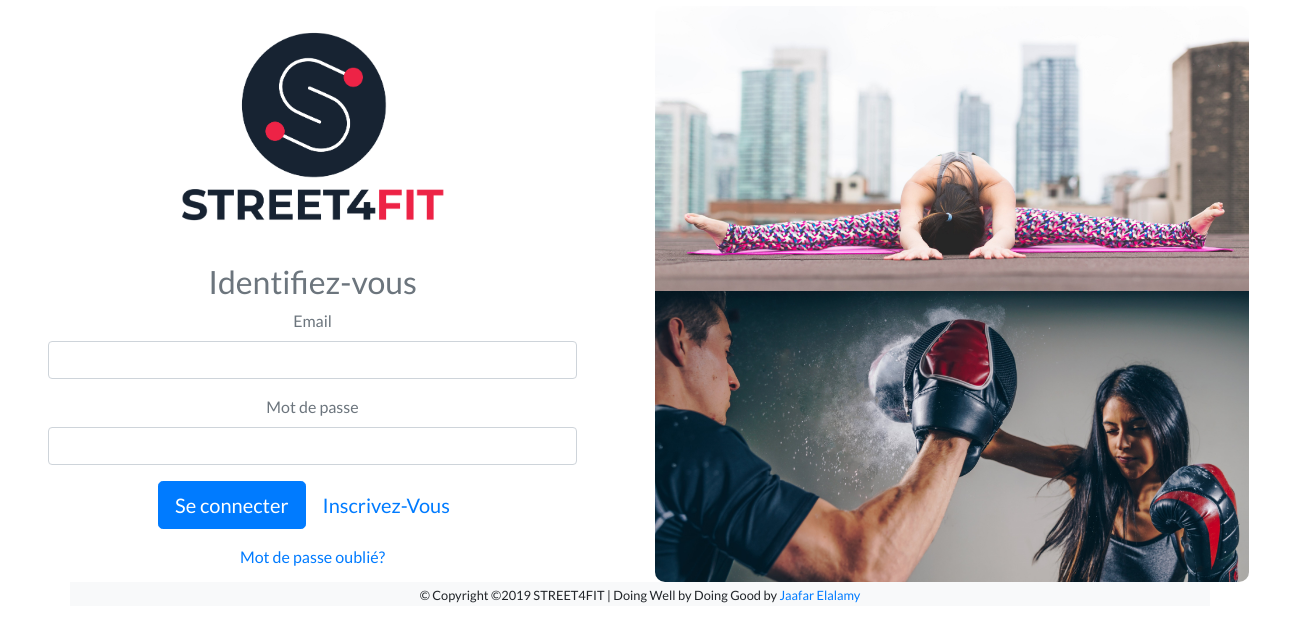
Repository: mohamedmaad/S4F
Page: /
The author's editor kept a copy of each file at every save. The page is drawn from the files as they stood at one save, then again after the next save.
The browser window is 1280 px wide. The page is 1295 px wide, so the pictures cover 1295 px, including what lies to the right of the window. The pictures show the whole page.
Some icons come from a web library that is not loaded, so they are not drawn. Some web libraries are served in a nearby version. The project was rebuilt for these pictures with package versions that can differ from the ones it lists, and the page was loaded fresh each time. Also part of the build but not shown: angular.json, src/app/profil/profil.component.ts, src/app/coaches/coaches.component.ts, src/app/coach-detail/coach-detail.component.ts, src/app/sessions/sessions.component.ts, src/app/session-detail/session-detail.component.ts, src/app/company/company.component.ts, src/app/company-detail/company-detail.component.ts and 7 more.

Above is the page before, as saved 2019-05-23 15:21:06.

### src/index.html
<!DOCTYPE html>
<html>

<head>
    <base href="/" />
    <title>STREET4FIT</title>
    <meta name="viewport" content="width=device-width, initial-scale=1">

    <!-- bootstrap css -->
    <link rel="stylesheet" href="https://stackpath.bootstrapcdn.com/bootstrap/4.3.1/css/bootstrap.min.css"
        integrity="sha384-ggOyR0iXCbMQv3Xipma34MD+dH/1fQ784/j6cY/iJTQUOhcWr7x9JvoRxT2MZw1T" crossorigin="anonymous">

    <link rel="stylesheet" href="https://use.fontawesome.com/releases/v5.8.1/css/all.css"
        integrity="sha384-50oBUHEmvpQ+1lW4y57PTFmhCaXp0ML5d60M1M7uH2+nqUivzIebhndOJK28anvf" crossorigin="anonymous">

    <link rel="stylesheet" href="https://fonts.googleapis.com/css?family=Lato|Montserrat|Roboto+Slab" >


</head>

<body>

    <app>Loading...</app>


    <!-- Bootstrap jQuery -->
    <script src="https://code.jquery.com/jquery-3.2.1.slim.min.js"
        integrity="sha384-KJ3o2DKtIkvYIK3UENzmM7KCkRr/rE9/Qpg6aAZGJwFDMVNA/GpGFF93hXpG5KkN"
        crossorigin="anonymous"></script>
    <script src="https://cdnjs.cloudflare.com/ajax/libs/popper.js/1.12.9/umd/popper.min.js"
        integrity="sha384-ApNbgh9B+Y1QKtv3Rn7W3mgPxhU9K/ScQsAP7hUibX39j7fakFPskvXusvfa0b4Q"
        crossorigin="anonymous"></script>
    <script src="https://maxcdn.bootstrapcdn.com/bootstrap/4.0.0/js/bootstrap.min.js"
        integrity="sha384-JZR6Spejh4U02d8jOt6vLEHfe/JQGiRRSQQxSfFWpi1MquVdAyjUar5+76PVCmYl"
        crossorigin="anonymous"></script>

</body>

</html>

### src/styles.css
/* You can add global styles to this file, and also import other style files */

body {
    font-family: 'Lato', sans-serif;
    /* background: rgb(230, 230, 230); */
    margin-top: 86px;
}

a {
    cursor: pointer
}

### src/app/app.module.ts
import { NgModule } from '@angular/core'
import { BrowserModule } from '@angular/platform-browser'
import { ReactiveFormsModule } from '@angular/forms'
import { HttpClientModule, HTTP_INTERCEPTORS } from '@angular/common/http'
import { FormsModule } from '@angular/forms'

import { AppComponent } from './app.component'
import { routing } from './app.routing'

import { CommonModule } from '@angular/common'
import { AlertComponent } from './_components'
import { LoginComponent } from './login'
import { CompanyComponent } from './company/company.component'
import { EmployeesComponent } from './employees/employees.component'
import { CoachesComponent } from './coaches/coaches.component'
import { SessionsComponent } from './sessions/sessions.component'
import { CoachDetailComponent } from './coach-detail/coach-detail.component'
import { AddCoachComponent } from './add-coach/add-coach.component'
import { AddSessionComponent } from './add-session/add-session.component'
import { SessionDetailComponent } from './session-detail/session-detail.component'
import { CompanyDetailComponent } from './company-detail/company-detail.component'
import { ProfilComponent } from './profil/profil.component'
import { NavbarComponent } from './navbar/navbar.component'
import { AddCompanyComponent } from './add-company/add-company.component'
import { ForgotPasswordComponent } from './forgot-password/forgot-password.component'
import { CoachService } from './_services/coach.service'
import { HomeComponent } from './home/home.component'
import { RegisterationComponent } from './registeration/registeration.component'
import { CompanyService } from './_services/company.service'
import { SessionService } from './_services/session.service'
;
import { FooterComponent } from './footer/footer.component'

@NgModule({
  imports: [
    BrowserModule,
    ReactiveFormsModule,
    HttpClientModule,
    routing,
    FormsModule,
    CommonModule,
  ],
  declarations: [
    AppComponent,
    AlertComponent,
    LoginComponent,
    ForgotPasswordComponent,
    NavbarComponent,
    ProfilComponent,
    RegisterationComponent,
    CompanyComponent,
    CompanyDetailComponent,
    AddCompanyComponent,
    EmployeesComponent,
    CoachesComponent,
    CoachDetailComponent,
    AddCoachComponent,
    SessionsComponent,
    AddSessionComponent,
    SessionDetailComponent,
    HomeComponent,
    RegisterationComponent,
    FooterComponent,
  ],
  providers: [CoachService, CompanyService, SessionService],
  bootstrap: [AppComponent],
})
export class AppModule {}

### src/environments/environment.ts
// This file can be replaced during build by using the `fileReplacements` array.
// `ng build --prod` replaces `environment.ts` with `environment.prod.ts`.
// The list of file replacements can be found in `angular.json`.

export const environment = {
  production: false,
  apiUrl: 'http://localhost:4000',
}

/*
 * For easier debugging in development mode, you can import the following file
 * to ignore zone related error stack frames such as `zone.run`, `zoneDelegate.invokeTask`.
 *
 * This import should be commented out in production mode because it will have a negative impact
 * on performance if an error is thrown.
 */
// import 'zone.js/dist/zone-error';  // Included with Angular CLI.

### src/app/app.component.ts
import { Component, OnInit, Input, Output, DoCheck } from '@angular/core'
import { Router, NavigationEnd } from '@angular/router'

import { User } from './_models'
import { EventEmitter } from 'protractor';

@Component({ selector: 'app', templateUrl: 'app.component.html' })

export class AppComponent implements OnInit {
  currentUser: User
  logged = false

  // @Input() logged = false

  constructor(
    private router: Router,
  ) {
    this.router.events.subscribe(e => {
      if(e instanceof NavigationEnd) {
        if(localStorage.getItem('user')) {
          this.logged = true
          console.log("changed")
        }
      }
    })
  }

  ngOnInit() {

  }

}

### src/app/app.routing.ts
import { Routes, RouterModule } from '@angular/router'

import { LoginComponent } from './login'
import { ProfilComponent } from './profil/profil.component'
import { CoachesComponent } from '@app/coaches/coaches.component'
import { CoachDetailComponent } from './coach-detail/coach-detail.component'
import { SessionsComponent } from './sessions/sessions.component'
import { SessionDetailComponent } from './session-detail/session-detail.component'
import { CompanyComponent } from './company/company.component'
import { CompanyDetailComponent } from './company-detail/company-detail.component'
import { ForgotPasswordComponent } from './forgot-password/forgot-password.component'
import { HomeComponent } from './home/home.component'
import { RegisterationComponent } from './registeration/registeration.component'

const appRoutes: Routes = [
  { path: '', component: HomeComponent },
  { path: 'home', component: HomeComponent },
  { path: 'login', component: LoginComponent },
  { path: 'forgot-password', component: ForgotPasswordComponent },
  { path: 'profil', component: ProfilComponent },
  { path: 'register', component: RegisterationComponent },
  { path: 'coaches', component: CoachesComponent },
  { path: 'coach/detail/:id', component: CoachDetailComponent },
  { path: 'coach/add', component: CoachesComponent },
  { path: 'seances', component: SessionsComponent },
  { path: 'seances/ajouter', component: SessionsComponent },
  { path: 'seance/detail/:id', component: SessionDetailComponent },
  { path: 'entreprises', component: CompanyComponent },
  { path: 'entreprise/ajouter', component: CompanyComponent },
  { path: 'entreprise/detail-c/:id', component: CompanyDetailComponent },

  // otherwise redirect to home
  { path: '**', redirectTo: '' },
]

export const routing = RouterModule.forRoot(appRoutes)

### src/app/_services/coach.service.ts
import { Injectable } from '@angular/core'

import { Coach } from '@app/_models/coach'
import { COACHES } from '@app/mock/mock-coaches'
import { Observable, of } from 'rxjs'
import { HttpClient } from '@angular/common/http'

@Injectable({
  providedIn: 'root',
})
export class CoachService {
  constructor(private http: HttpClient) {}

  // url de test en local
  URI_TEST = 'http://localhost:4000'
  // url de test a distance dans un reseau type lan
  URI_DEV = 'http://10.38.164.208:4000'

  getCoach(id: string) {
    return this.http.get(`${this.URI_TEST}/coaches/detail/${id}`)
    // return of(COACHES.find(coach => coach.id === id))
  }

  // coaches.component ca return tous les coaches de la base de donnees
  getCoaches() {
    return this.http.get(`${this.URI_TEST}/coaches`)
  }

  // ajout d'un coach dans ma bdd
  addCoach(data) {
    console.log(data)
    return this.http.post(`${this.URI_TEST}/coaches/add`, data)
  }

  // suppression d'un coach dans ma bdd
  deleteOne(id: string) {
    return this.http.post(`${this.URI_TEST}/coaches/delete`, { id })
  }

  // Upload Image


}

### src/app/home/home.component.ts
import { Component, OnInit } from '@angular/core';
import { ActivatedRoute, Router } from '@angular/router';

@Component({
  selector: 'app-home',
  templateUrl: './home.component.html',
  styleUrls: ['./home.component.css']
})
export class HomeComponent implements OnInit {

  constructor(private router: Router) { }

  ngOnInit() {
    if(!localStorage.getItem('user')) {
      this.router.navigate(['login'])
    }
  }

}

### src/app/_services/company.service.ts
import { Injectable } from '@angular/core'
import { Observable, of } from 'rxjs'
import { HttpClient } from '@angular/common/http'

@Injectable({
  providedIn: 'root',
})
export class CompanyService {
  constructor(private http: HttpClient) {}

  // url de test en local
  URI_TEST = 'http://localhost:4000'
  // url de test a distance dans un reseau type lan
  URI_DEV = 'http://10.38.164.208:4000'

  getCompany(id: string) {
    return this.http.get(`${this.URI_TEST}/company/detail/${id}`)
  }

  getCompanies() {
    return this.http.get(`${this.URI_TEST}/company`)
  }

  addCompany(data) {
    console.log(data)
    return this.http.post(`${this.URI_TEST}/company/add`, data)
  }

  deleteOne(id: string) {
    return this.http.post(`${this.URI_TEST}/company/delete`, { id })
  }
}

### src/app/_services/session.service.ts
import { Injectable } from '@angular/core'
import { Observable, of } from 'rxjs'
import { HttpClient } from '@angular/common/http'

@Injectable({
  providedIn: 'root',
})
export class SessionService {
  constructor(private http: HttpClient) {}

  // url de test en local
  URI_TEST = 'http://localhost:4000'
  // url de test a distance dans un reseau type lan
  URI_DEV = 'http://10.38.164.208:4000'

  getSession(id: string) {
    return this.http.get(`${this.URI_TEST}/session/detail/${id}`)
    //return of(SESSIONS.find(session => session.id === id))
  }

  getSessions() {
    return this.http.get(`${this.URI_TEST}/session`)
    //return of(SESSIONS)
  }

  addSession(data) {
    //console.log(data)
    return this.http.post(`${this.URI_TEST}/session/add`, data)
  }

  deleteOne(id: string) {
    return this.http.post(`${this.URI_TEST}/session/delete`, { id })
  }
}

### src/app/app.component.html
<div *ngIf="logged">
  <app-navbar></app-navbar>
</div>
<!-- main app container -->

<!-- <div class="container"> -->

<div>
  <alert></alert>
  <router-outlet (activate)="(changeOfRoutes)"></router-outlet>

</div>

<!-- <app-home></app-home> -->

<!-- </div> -->

<app-footer></app-footer>


<!-- credits -->
<!-- <div class="text-center">
  <p>
    <a href="#" target="_top"></a>
  </p>
  <p>
    <a href="#" target="_top"></a>
  </p>
</div> -->

### src/app/login/login.component.ts
import { Component, OnInit } from '@angular/core'
import { Router } from '@angular/router'
import { FormBuilder, FormGroup, Validators } from '@angular/forms'

import { AuthenticationService } from '@app/_services'

@Component({
  templateUrl: 'login.component.html',
  styleUrls: ['./login.component.css'],
})
export class LoginComponent implements OnInit {
  loginForm: FormGroup
  loading = false
  submitted = false
  returnUrl: string
  loginInfo
  connectionError: boolean = false

  constructor(
    private formBuilder: FormBuilder,
    private router: Router,
    private authenticationService: AuthenticationService
  ) {}

  ngOnInit() {
    if (this.connected()) {
      this.router.navigate(['home'])
      return
    }

    this.loginForm = this.formBuilder.group({
      email: ['', Validators.required],
      password: ['', Validators.required],
    })
  }

  // convenience getter for easy access to form fields
  get f() {
    return this.loginForm.controls
  }

  onSubmit() {
    this.submitted = true
    this.login()
    // console.log(this.loginInfo.status)
  }

  connected() {
    if (localStorage.getItem('user')) {
      return true
    } else {
      return false
    }
  }

  login() {
    return this.authenticationService
      .login(this.f.email.value, this.f.password.value)
      .subscribe(res => {
        // console.log(res)
        this.loginInfo = res as String[]
        console.log(this.loginInfo.data)
        // console.log(this.loginInfo.status)
        if (this.loginInfo.status == 'loged') {
          localStorage.setItem('user', this.loginInfo.data)
          this.router.navigate(['home'])
        } else {
          console.log('error de connexion')
          this.connectionError = true
        }
      })
  }
}

### src/app/home/home.component.html
<div class="row justify-content-center text-center home">

    <div class="col-12">
        <img class="logo-homepage"
            src="../assets/img/Logo S-01.png"
            alt="logo">
        <h1 class="text-logo">STREET4<span>FIT</span></h1>

        <h1 class="slogan">SPORT EN ENTREPRISE</h1>
        <h1 class="slogan b-e">BIEN-ETRE <span>&</span> IMPACT SOCIAL</h1>
    </div>


  </div>

### src/app/home/home.component.css
.logo-homepage
{
    height: 22vh;
    margin-top: 6vh;
    margin-bottom: 5vh;
}

.home
{
    box-sizing: border-box;
    background-image: url(../../assets/img/run.jpg);
    object-fit: cover;
    background-repeat: no-repeat;
    background-size: cover;
    width: 100%;
    margin:0;
    padding:0;
}

.text-logo
{
    margin-bottom: 30vh;
    font-size: 3rem;
    color: #fff;
    font-weight: 800;
    font-family:  'Montserrat', sans-serif;
    text-shadow: 1px 2px 3px rgba(0, 0, 0, 0.7);
}


.slogan
{
    color: #fff;
    text-shadow: 1px 2px 3px rgba(0, 0, 0, 0.7);
    font-family: 'Montserrat', serif;
    font-size: 3rem;
    margin-bottom: 2vh;
    font-weight: 600;
}

.b-e
{
    padding-bottom: 10vh;
}

span{
    color: red;
}


@media screen and (max-width: 767px) {
    .home {
      background-image: url(../../assets/img/run-respsonsive.jpg);
    }
    .text-logo{
        text-shadow: 1px 2px 3px #fff;
        color: black;
    }
  }

### src/app/footer/footer.component.html
<footer>
  <div class="container">
    <div class="row">
      <div class="col-md-12 text-center bg-light">
        <small>
          &copy; Copyright &copy;2019 STREET4FIT | Doing Well by Doing Good <i class="icon-heart"
            aria-hidden="true"></i> by <a href="https://www.linkedin.com/in/jaafarelalamy/" target="_blank">Jaafar
            Elalamy</a>
        </small>
      </div> <!-- ./col 12 -->
    </div> <!-- ./row -->
  </div> <!-- ./container -->
</footer>

### src/app/login/login.component.html
<div class="row">
  <div class="col-lg-6 col-md-6 col-sm-12 text-center mediacol">
    <div>
      <img src="../../assets/img/Logo OK-2.png" alt="" class="logo">
    </div>
    <h2 class="text-secondary mt-3">Identifiez-vous</h2>
    <form [formGroup]="loginForm" (ngSubmit)="onSubmit()" class="px-5">
      <div class="form-group">
        <div *ngIf="connectionError">
          <p class="text-center text-danger">
            Identifiant ou mot de passe incorrects
          </p>
        </div>
        <label for="email" class="text-secondary">Email</label>
        <input type="text" formControlName="email" class="form-control"
          [ngClass]="{ 'is-invalid': submitted && f.email.errors }" />
        <div *ngIf="submitted && f.email.errors" class="invalid-feedback">
          <div *ngIf="f.email.errors.required">Email obligatoire</div>
        </div>
      </div>
      <div class="form-group">
        <label for="password" class="text-secondary">Mot de passe</label>
        <input type="password" formControlName="password" class="form-control"
          [ngClass]="{ 'is-invalid': submitted && f.password.errors }" />
        <div *ngIf="submitted && f.password.errors" class="invalid-feedback">
          <div *ngIf="f.password.errors.required">Mot de passe obligatoire</div>
        </div>
      </div>
      <div class="form-group">
        <button [disabled]="loading" class="btn btn-primary btn-lg">
          Se connecter
        </button>
        <img *ngIf="loading" class="pl-3"
          src="data:[embedded picture, 922 characters]" />
        <a routerLink="/register" class="btn btn-link btn-lg">Inscrivez-Vous</a>
      </div>
    </form>
    <a class="col-md-6 text-center forgot" routerLink="/forgot-password">Mot de passe oublié?</a>
  </div>
  <div class="col-md-6">
    <div class="login-right ">
      <div class="yoga">
        <img src="../../assets/img/yoga-login.jpg" alt="image yoga">
      </div>
      <div class="boxe">
        <img src="../../assets/img/boxing-login.jpg" alt="image boxe">
      </div>
    </div>
  </div>
</div>

### src/app/login/login.component.css
.row{
  margin-top: -80px;
}
h2 {
  text-align: center;
}
.yoga img
{
  width: 95%;
  border-top-right-radius: 10px;
  border-top-left-radius: 10px;
}
.boxe img
{
  width: 95%;
  border-bottom-right-radius: 10px;
  border-bottom-left-radius: 10px;
}
.logo{
  width: 300px;
}
.forgot{
  margin-top: 20px;
}

/* RESPONSIVE */

@media (max-width: 768px) {
  .login-right{
    display: none;
  }
  .mediacol{
    margin-top: 10%;
    margin-left: 25%;
    font-size: 2rem;
  }
  h2{
    font-size: 3rem;
  }
}


@media (max-width: 568px) {
  .mediacol{
    margin-left: 7%;
    font-size: 1rem;
    margin-top: 5%;
    margin-bottom: 5%;
  }
  h2{
    font-size: 2rem;
  }
  .logo{
    width:250px;
  }
}

### src/app/_services/authentication.service.ts
import { Injectable } from '@angular/core'
import { HttpClient } from '@angular/common/http'

@Injectable({ providedIn: 'root' })
export class AuthenticationService {
  constructor(private http: HttpClient) {}

  // on stock la reponse des functions
  response: object

  // url de test en local
  URI_TEST = 'http://localhost:4000'
  // url de test a distance dans un reseau type lan
  URI_DEV = 'http://10.38.164.208:4000'

  // function qui check si user exist dans la bdd grace a api node
  // reponse avec status et 2 parametres:
  // -- status :: logged soit error
  // -- data   :: email envoyer avec la requete
  login(email: string, pwd: string) {
    return this.http.post(`${this.URI_TEST}/users/login`, {
      email: email,
      password: pwd,
    })
  }

  register(data) {
    // console.log()
    return this.http.post(`${this.URI_TEST}/users/register`, data)
  }
}

Loaded but not shown: src/main.ts (common file); src/app/_components/index.ts (common file); src/app/login/index.ts (common file); src/app/footer/footer.component.ts (common file); src/app/_components/alert.component.ts (common file); src/app/_services/index.ts (common file); src/app/_components/alert.component.html (common file); src/app/_services/alert.service.ts (common file); src/app/_services/user.service.ts (common file); src/app/footer/footer.component.css (no stored copy; drawn as an empty file)

After the next save:
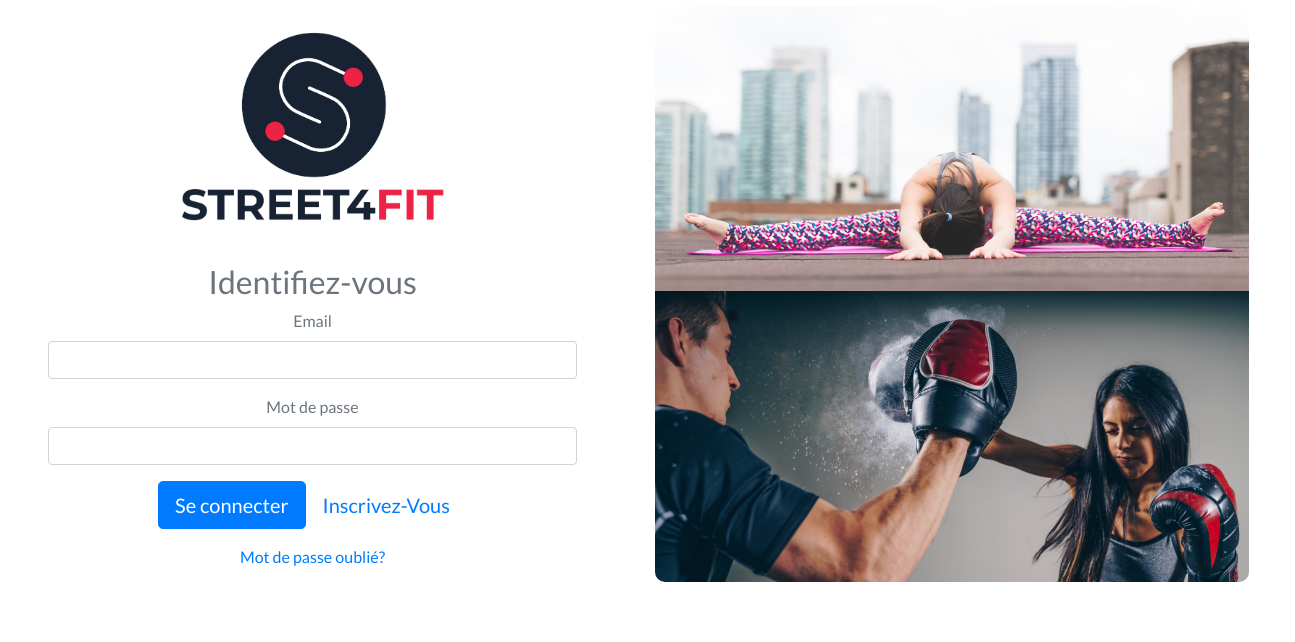
Saved 40 s later.
--- a/src/app/app.component.html
+++ b/src/app/app.component.html
@@ -15,8 +15,9 @@
 
 <!-- </div> -->
 
-<app-footer></app-footer>
-
+<div *ngIf="logged">
+  <app-footer></app-footer>
+</div>
 
 <!-- credits -->
 <!-- <div class="text-center">
